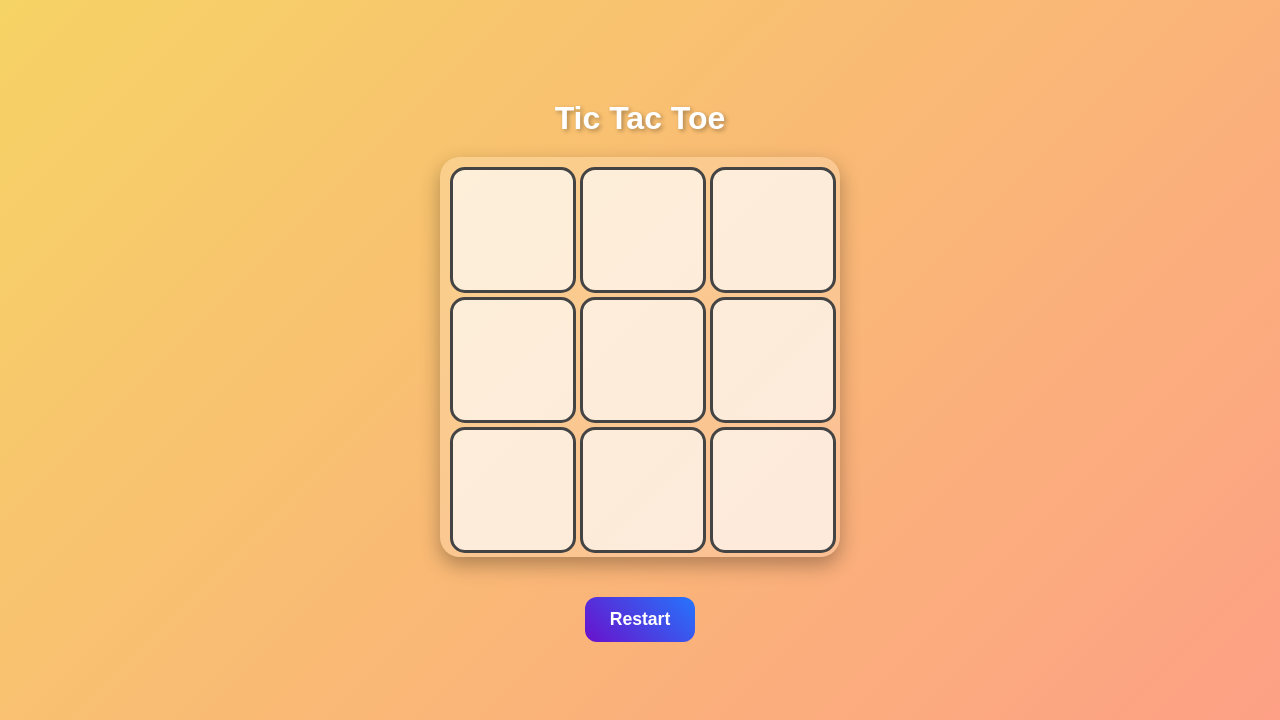
Repository: harshini0304/PRODIGY_WD_03
Page: index.html
An editor plug-in stored every save of this project. The page is shown before and after the next save, followed by the edit.
The browser window is 1280 px wide. The pictures show the whole page.

Above is the page before, as saved 2025-09-09 17:49:37.

After the next save:
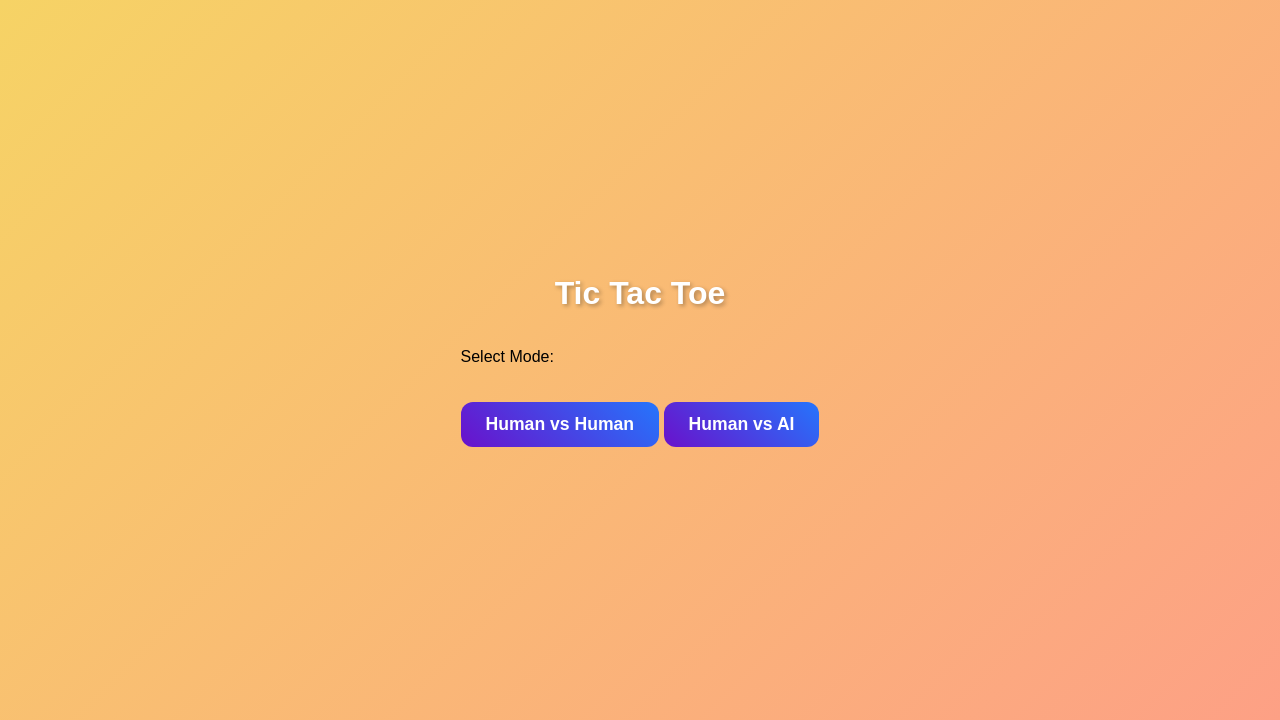
Saved 94 s later.
--- a/index.html
+++ b/index.html
@@ -8,10 +8,18 @@
 </head>
 <body>
   <h1>Tic Tac Toe</h1>
-  <div id="board"></div>
+
+  <div id="modeSelection">
+    <p>Select Mode:</p>
+    <button onclick="startGame('hvh')">Human vs Human</button>
+    <button onclick="startGame('hva')">Human vs AI</button>
+  </div>
+
+  <div id="board" style="display:none;"></div>
   <div id="status"></div>
-  <button onclick="restartGame()">Restart</button>
+  <button onclick="restartGame()" style="display:none;">Restart</button>
 
   <script src="script.js"></script>
 </body>
+
 </html>
